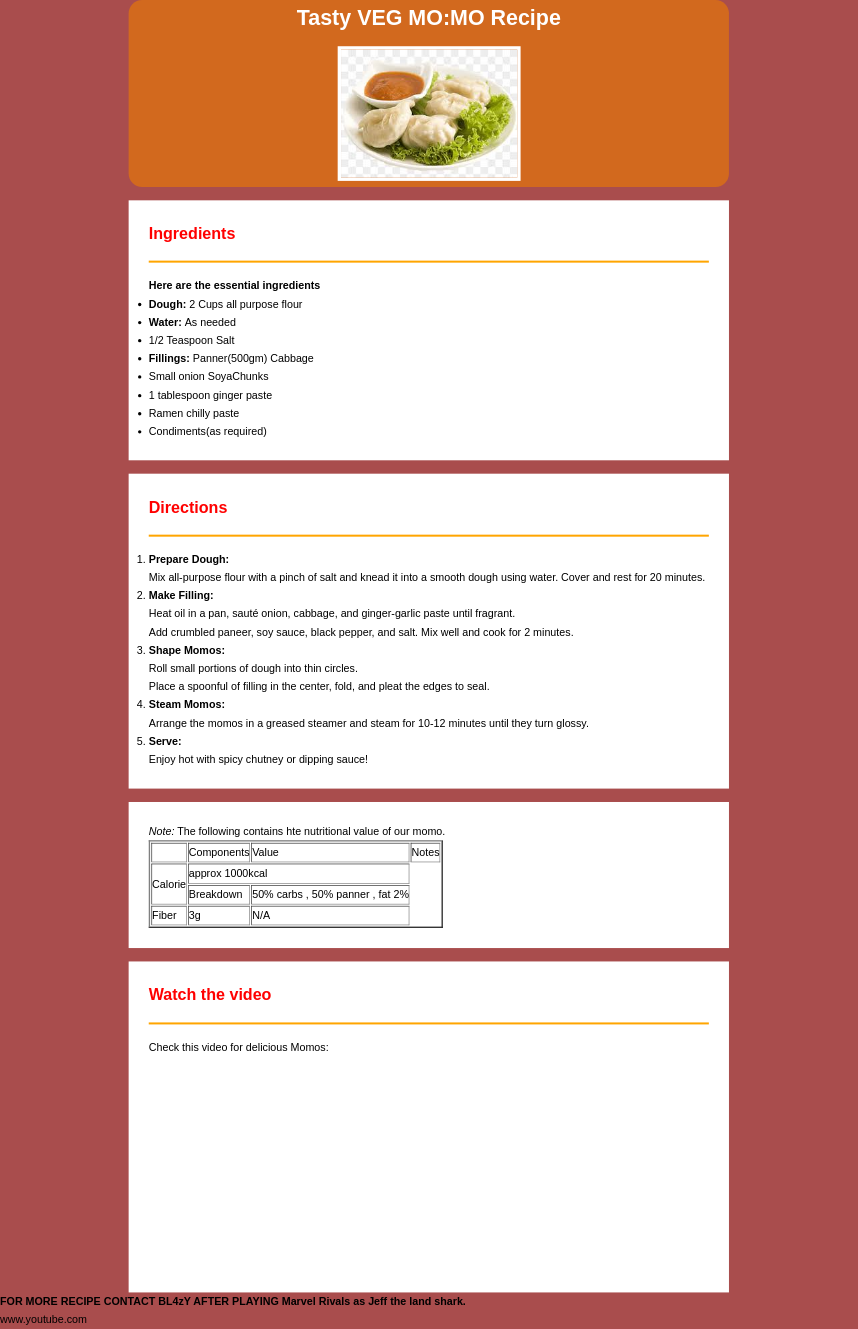
Repository: GigaByte6610/recipe
Page: index.html
The author's editor kept a copy of each file at every save. The page is drawn from the files as they stood at one save, then again after the next save.
The browser window is 1280 px wide. The pictures show the whole page, at 67% of full size.
Pictures or frames that could not be fetched are drawn as grey boxes.

Above is the page before, as saved 2025-02-05 04:28:36.

### index.html
<!DOCTYPE html>
<html lang="en">

<head>
    <meta charset="UTF-8" />
    <meta name="viewport" content="width=device-width, initial-scale=1.0" />
    <title>My Recipe [Veg Momo]</title>
    <link rel="stylesheet" href="style.css">
</head>

<body>
    <header>
        <h1 align="center">Tasty VEG MO:MO Recipe</h1>
        <img src="momo.jpeg" alt="" />
    </header>

    <section>
        <h2>Ingredients</h2>
        <p>
            <strong> Here are the essential ingredients</strong>
        </p>
        <ul>
            <li><strong>Dough: </strong> 2 Cups all purpose flour</li>
            <li><strong>Water: </strong> As needed</li>
            <li>1/2 Teaspoon Salt</li>
            <li><strong>Fillings: </strong> Panner(500gm) Cabbage</li>
            <li>Small onion SoyaChunks</li>
            <li>1 tablespoon ginger paste</li>
            <li>Ramen chilly paste</li>
            <li>Condiments(as required)</li>
        </ul>
    </section>
    <section>
        <h2><strong>Directions</strong></h2>
        <ol>
            <li><strong>Prepare Dough: </strong><br>Mix all-purpose flour with a pinch of salt and knead it into a smooth dough using water. Cover and rest for 20 minutes.</li>
            <li><strong>Make Filling:</strong><br>Heat oil in a pan, sauté onion, cabbage, and ginger-garlic paste until fragrant. <br>Add crumbled paneer, soy sauce, black pepper, and salt. Mix well and cook for 2 minutes.</li>
            <li><strong>Shape Momos:</strong> <br>Roll small portions of dough into thin circles. <br>Place a spoonful of filling in the center, fold, and pleat the edges to seal.</li>
            <li><strong>Steam Momos:</strong> <br>Arrange the momos in a greased steamer and steam for 10-12 minutes until they turn glossy.</li>
            <li><strong>Serve:</strong> <br>Enjoy hot with spicy chutney or dipping sauce!</li>
        </ol>
    </section>
    <section>
        <p>
            <em>Note:</em> The following contains hte nutritional value of our momo.
        </p>
        <table border="2">
            <thead>
                <th>
                    <td>Components</td>
                    <td>Value</td>
                    <td>Notes</td>
                </th>
            </thead>
            <tbody>
                <tr>
                    <td rowspan="2"> Calorie</td>
                    <td colspan="2">approx 1000kcal</td>
                </tr>
                <tr>
                    <td>Breakdown</td>
                    <td>50% carbs , 50% panner , fat 2%</td>
                </tr>
                <tr>
                    <td>Fiber</td>
                    <td>3g</td>
                    <td>N/A</td>
                </tr>
            </tbody>
        </table>
    </section>
    <section>
        <h2> Watch the video</h2>
        <p>Check this video for delicious Momos: </p>
        <iframe width="560" height="315" src="https://www.youtube.com/embed/71GR1xRQzgQ?si=tbq05XnBHcNN-7Ji" title="YouTube video player" frameborder="0" allow="accelerometer; autoplay; clipboard-write; encrypted-media; gyroscope; picture-in-picture; web-share"
            referrerpolicy="strict-origin-when-cross-origin" allowfullscreen></iframe>
    </section>
    <footer>
        <p><strong>FOR MORE RECIPE CONTACT BL4zY AFTER PLAYING Marvel Rivals as Jeff the land shark.</strong></p>
    </footer>

</html>
www.youtube.com

### style.css
* {
    box-sizing: border-box;
    margin: 0px;
    padding: 0;
}

body {
    font-family: Arial, Helvetica, sans-serif;
    background-color: #a94d4d;
    line-height: 1.7;
}

header {
    background-color: chocolate;
    border: 200px;
    text-align: center;
    border-radius: 20px;
}

header h1 {
    color: white;
    margin-bottom: 15px;
    text-align: center;
}

header img {
    border: 5px solid white;
}

section,
header {
    max-width: 70%;
    margin: auto;
}

section {
    background-color: white;
    margin-top: 20px;
    padding: 30px;
}

section h2 {
    color: red;
    border-bottom: 3px solid orange;
    padding-bottom: 20px;
    margin-bottom: 20px;
}

After the next save:
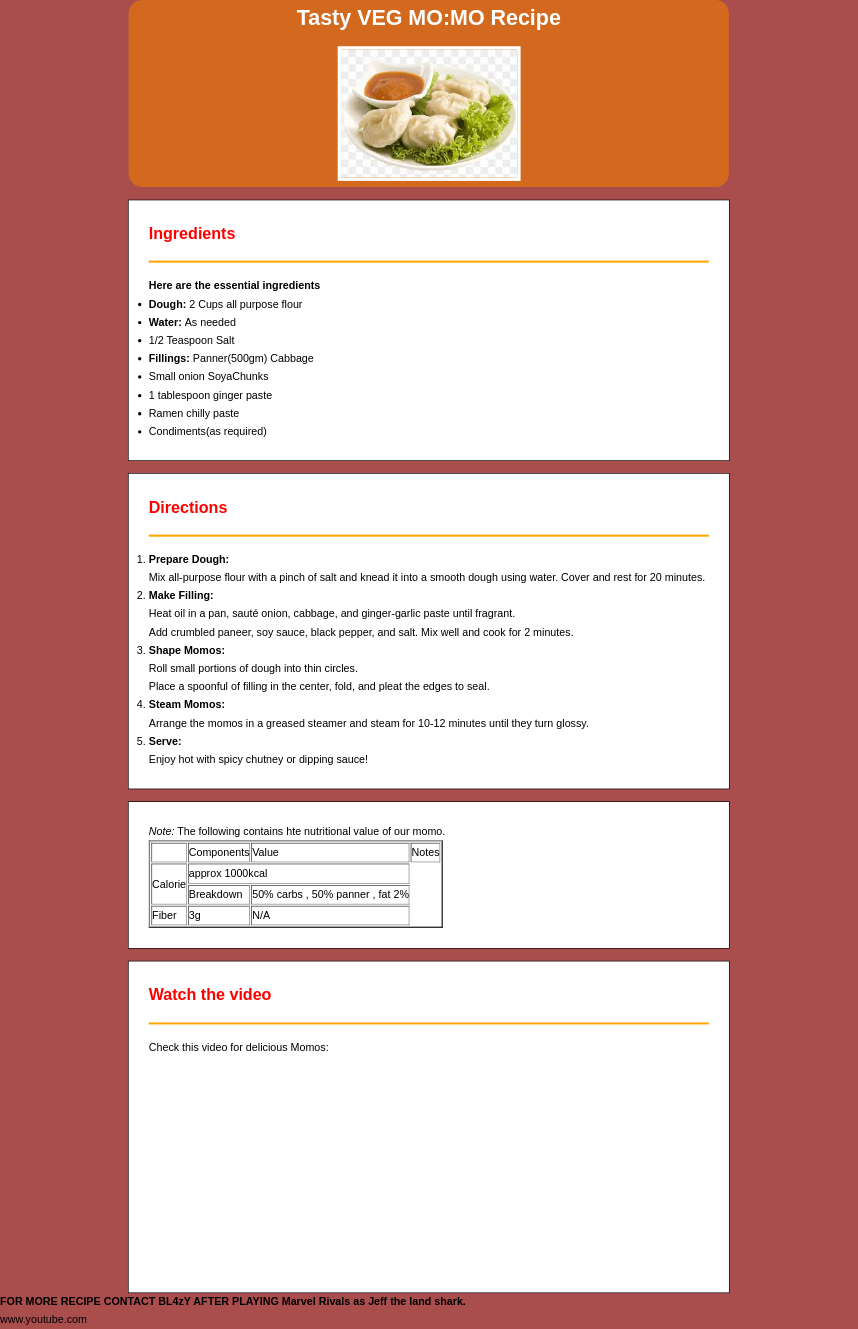
Saved 109 s later.
--- a/style.css
+++ b/style.css
@@ -37,6 +37,7 @@ section {
     background-color: white;
     margin-top: 20px;
     padding: 30px;
+    box-shadow: 0px 0px 0px 1px rgba(0, 0, 0, 2);
 }
 
 section h2 {
